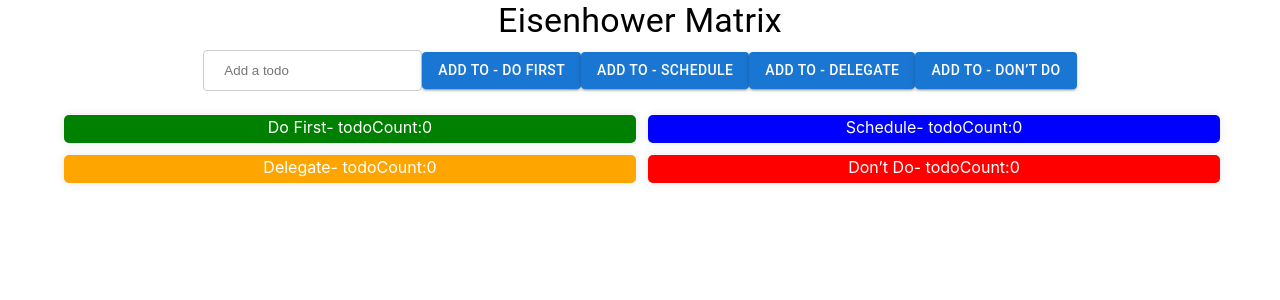
Repository: GokulDev4U/Krixi_react_assignment
Page: /
These files come from the project's save history. The page is drawn as it stood at one moment and after the next save; the edit follows.
The browser window is 1280 px wide. The pictures show the whole page.
The project was rebuilt for these pictures with package versions that can differ from the ones it lists, and the page was loaded fresh each time.

Above is the page before, as saved 2022-04-04 16:27:33.

After the next save:
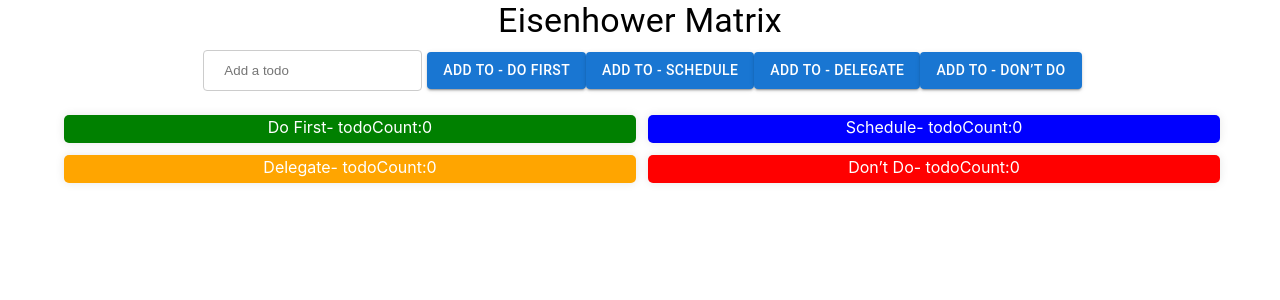
Saved 42 s later.
--- a/src/App.css
+++ b/src/App.css
@@ -5,7 +5,7 @@
 input[type=text]{
   /* width: 100%; */
   padding: 12px 20px;
-  margin: 8px 0;
+  margin: 8px 5px;
   display: inline-block;
   border: 1px solid #ccc;
   border-radius: 4px;
